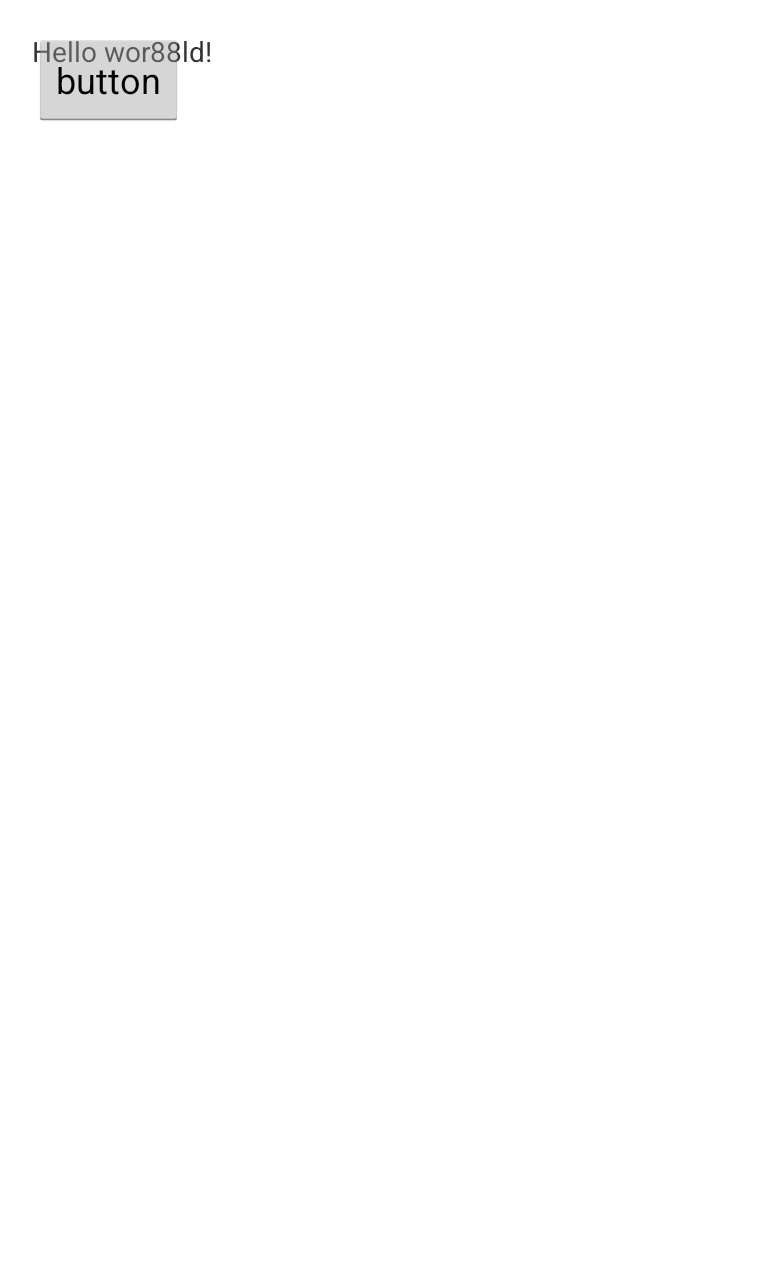
Repository: yc0211/line4U
Layout: line4U/res/layout/activity_main.xml
These files come from the project's save history. The layout is drawn as it stood at one moment and after the next save; the edit follows.
It is drawn on a 768 x 1280 px phone screen (xhdpi) without system bars, with theme AppTheme; the app's code is not run.

Above is the layout before, as saved 2013-08-16 17:28:55.

After the next save:
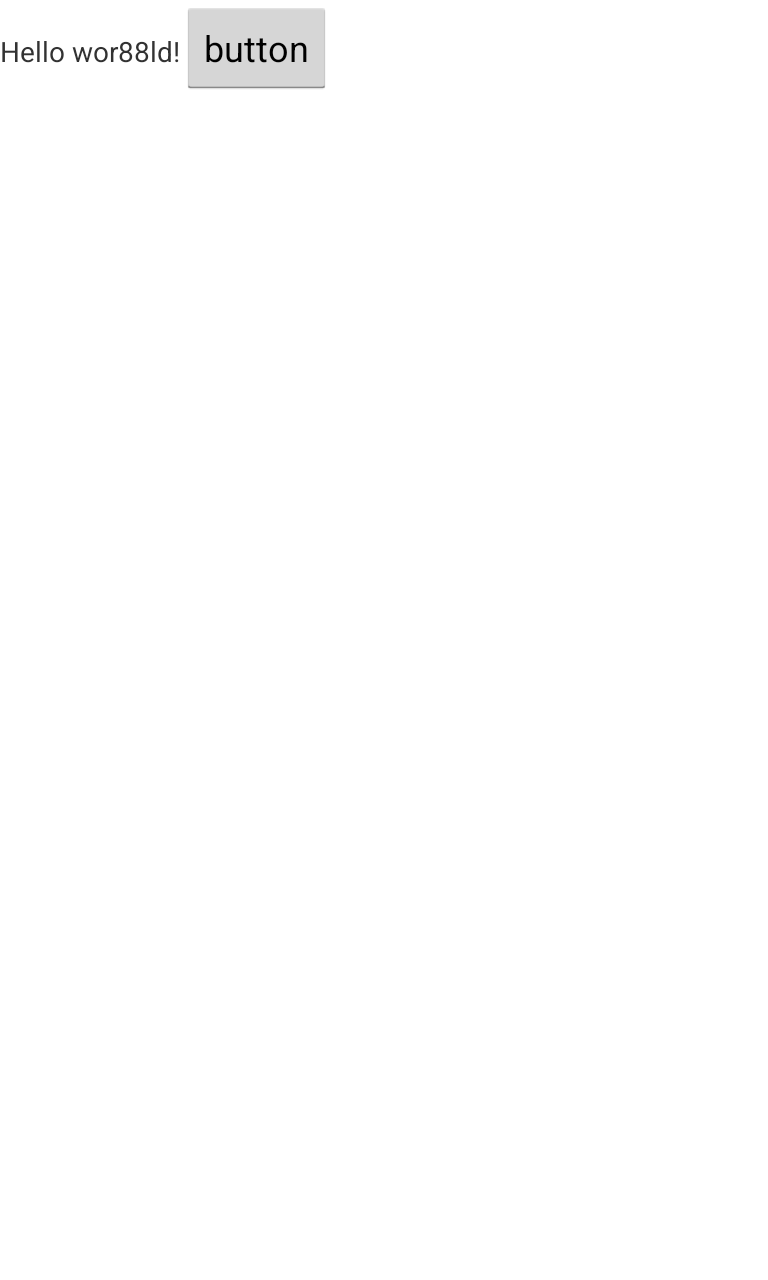
Saved 14 h 47 min later.
--- a/line4U/res/layout/activity_main.xml
+++ b/line4U/res/layout/activity_main.xml
@@ -1,11 +1,7 @@
-<RelativeLayout xmlns:android="http://schemas.android.com/apk/res/android"
+<LinearLayout xmlns:android="http://schemas.android.com/apk/res/android"
     xmlns:tools="http://schemas.android.com/tools"
     android:layout_width="match_parent"
     android:layout_height="match_parent"
-    android:paddingBottom="@dimen/activity_vertical_margin"
-    android:paddingLeft="@dimen/activity_horizontal_margin"
-    android:paddingRight="@dimen/activity_horizontal_margin"
-    android:paddingTop="@dimen/activity_vertical_margin"
     tools:context=".MainActivity" >
 
     <TextView
@@ -20,4 +16,4 @@
         android:layout_height="wrap_content"
         android:text="@string/button" />
 
-</RelativeLayout>
+</LinearLayout>
